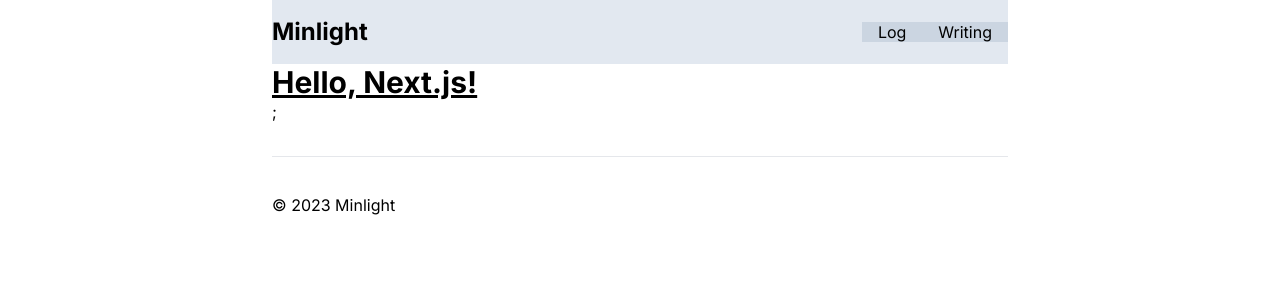
Repository: kwngmin/minlight-log
Page: /
The author's editor kept a copy of each file at every save. The page is drawn from the files as they stood at one save, then again after the next save.
The browser window is 1280 px wide. The pictures show the whole page.
The project was rebuilt for these pictures with package versions that can differ from the ones it lists, and the page was loaded fresh each time. The framework's server and built-in components were replaced by stand-ins that run in the browser. Also part of the build but not shown: next.config.js.

Above is the page before, as saved 2023-04-04 15:35:04.

### src/app/layout.tsx
import "./globals.css";
import Footer from "@/components/Footer";
import Header from "@/components/Header";

import { Inter } from "next/font/google";
const inter = Inter({ subsets: ["latin"] });

export const metadata = {
  title: {
    default: "Minlight",
    template: "Minlight | %s",
  },
  description: "Minlight log",
};

export default function RootLayout({
  children,
}: {
  children: React.ReactNode;
}) {
  return (
    <html lang="en" className={inter.className}>
      <body className="flex flex-col max-w-screen-md mx-auto px-4">
        <Header />
        <main className="grow">{children}</main>
        <Footer />
      </body>
    </html>
  );
}

### src/app/page.tsx
export default function Home() {
  return (
    <section>
      <h1 className="text-3xl font-bold underline">Hello, Next.js!</h1>;
    </section>
  );
}

### src/app/globals.css
@tailwind base;
@tailwind components;
@tailwind utilities;

* {
  box-sizing: border-box;
  padding: 0;
  margin: 0;
}
/*
:root {
  --max-width: 1100px;
  --border-radius: 12px;
  --font-mono: ui-monospace, Menlo, Monaco, "Cascadia Mono", "Segoe UI Mono",
    "Roboto Mono", "Oxygen Mono", "Ubuntu Monospace", "Source Code Pro",
    "Fira Mono", "Droid Sans Mono", "Courier New", monospace;

  --foreground-rgb: 0, 0, 0;
  --background-start-rgb: 214, 219, 220;
  --background-end-rgb: 255, 255, 255;

  --primary-glow: conic-gradient(
    from 180deg at 50% 50%,
    #16abff33 0deg,
    #0885ff33 55deg,
    #54d6ff33 120deg,
    #0071ff33 160deg,
    transparent 360deg
  );
  --secondary-glow: radial-gradient(
    rgba(255, 255, 255, 1),
    rgba(255, 255, 255, 0)
  );

  --tile-start-rgb: 239, 245, 249;
  --tile-end-rgb: 228, 232, 233;
  --tile-border: conic-gradient(
    #00000080,
    #00000040,
    #00000030,
    #00000020,
    #00000010,
    #00000010,
    #00000080
  );

  --callout-rgb: 238, 240, 241;
  --callout-border-rgb: 172, 175, 176;
  --card-rgb: 180, 185, 188;
  --card-border-rgb: 131, 134, 135;
}

@media (prefers-color-scheme: dark) {
  :root {
    --foreground-rgb: 255, 255, 255;
    --background-start-rgb: 0, 0, 0;
    --background-end-rgb: 0, 0, 0;

    --primary-glow: radial-gradient(rgba(1, 65, 255, 0.4), rgba(1, 65, 255, 0));
    --secondary-glow: linear-gradient(
      to bottom right,
      rgba(1, 65, 255, 0),
      rgba(1, 65, 255, 0),
      rgba(1, 65, 255, 0.3)
    );

    --tile-start-rgb: 2, 13, 46;
    --tile-end-rgb: 2, 5, 19;
    --tile-border: conic-gradient(
      #ffffff80,
      #ffffff40,
      #ffffff30,
      #ffffff20,
      #ffffff10,
      #ffffff10,
      #ffffff80
    );

    --callout-rgb: 20, 20, 20;
    --callout-border-rgb: 108, 108, 108;
    --card-rgb: 100, 100, 100;
    --card-border-rgb: 200, 200, 200;
  }
}

* {
  box-sizing: border-box;
  padding: 0;
  margin: 0;
}

html,
body {
  max-width: 100vw;
  overflow-x: hidden;
}

body {
  color: rgb(var(--foreground-rgb));
  background: linear-gradient(
      to bottom,
      transparent,
      rgb(var(--background-end-rgb))
    )
    rgb(var(--background-start-rgb));
}

a {
  color: inherit;
  text-decoration: none;
}

@media (prefers-color-scheme: dark) {
  html {
    color-scheme: dark;
  }
} */

### src/components/Footer.tsx
export default function Footer() {
  return (
    <section className="h-24 flex items-center border-t mt-8">
      © 2023 Minlight
    </section>
  );
}

### src/components/Header.tsx
import Link from "next/link";

const navList = [
  { name: "Log", url: "/log" },
  { name: "Writing", url: "/log" },
];

export default function Header() {
  return (
    <section className="h-16 bg-slate-200 flex items-center justify-between">
      <Link href="/" className="text-2xl font-bold">
        Minlight
      </Link>
      <nav className="">
        {navList.map(({ name, url }) => (
          <Link href={url} key={name} className="px-4 bg-slate-300">
            {name}
          </Link>
        ))}
      </nav>
    </section>
  );
}

Loaded but not shown: tailwind.config.js (common file)

After the next save:
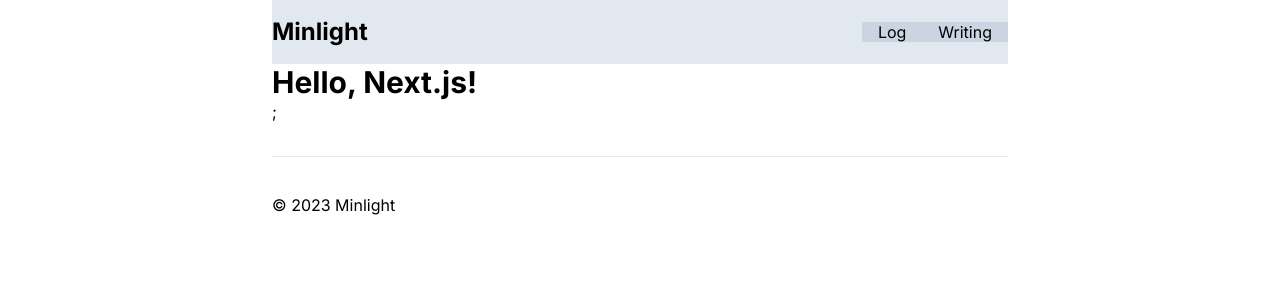
Saved 3 min 38 s later.
--- a/src/app/page.tsx
+++ b/src/app/page.tsx
@@ -1,7 +1,7 @@
 export default function Home() {
   return (
     <section>
-      <h1 className="text-3xl font-bold underline">Hello, Next.js!</h1>;
+      <h1 className="text-3xl font-bold">Hello, Next.js!</h1>;
     </section>
   );
 }
